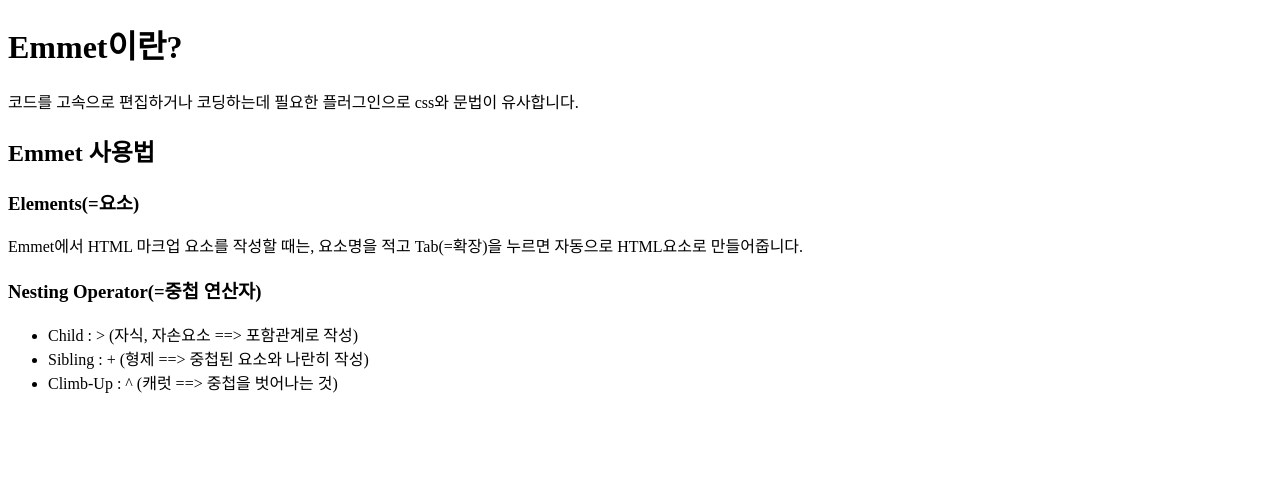
Repository: sbn121/WebUi
Page: Workspace/CloneCoding1/src/main/webapp/emmet-syntax.html
An editor plug-in stored every save of this project. The page is shown before and after the next save, followed by the edit.
The browser window is 1280 px wide. The pictures show the whole page.

Above is the page before, as saved 2023-05-30 06:51:35.

After the next save:
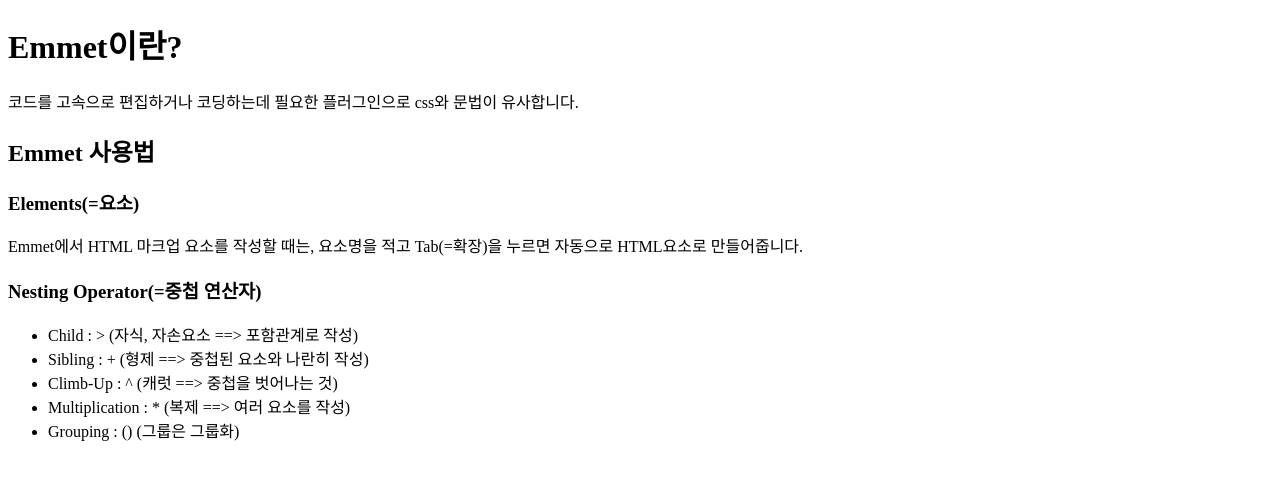
Saved 53 s later.
--- a/Workspace/CloneCoding1/src/main/webapp/emmet-syntax.html
+++ b/Workspace/CloneCoding1/src/main/webapp/emmet-syntax.html
@@ -20,6 +20,8 @@
 		<li>Child : > (자식, 자손요소 ==> 포함관계로 작성)</li>
 		<li>Sibling : + (형제 ==> 중첩된 요소와 나란히 작성)</li>
 		<li>Climb-Up : ^ (캐럿 ==> 중첩을 벗어나는 것)</li>
+		<li>Multiplication : * (복제 ==> 여러 요소를 작성)</li>
+		<li>Grouping : () (그룹은 그룹화)</li>
 	</ul>
 
 </body>
